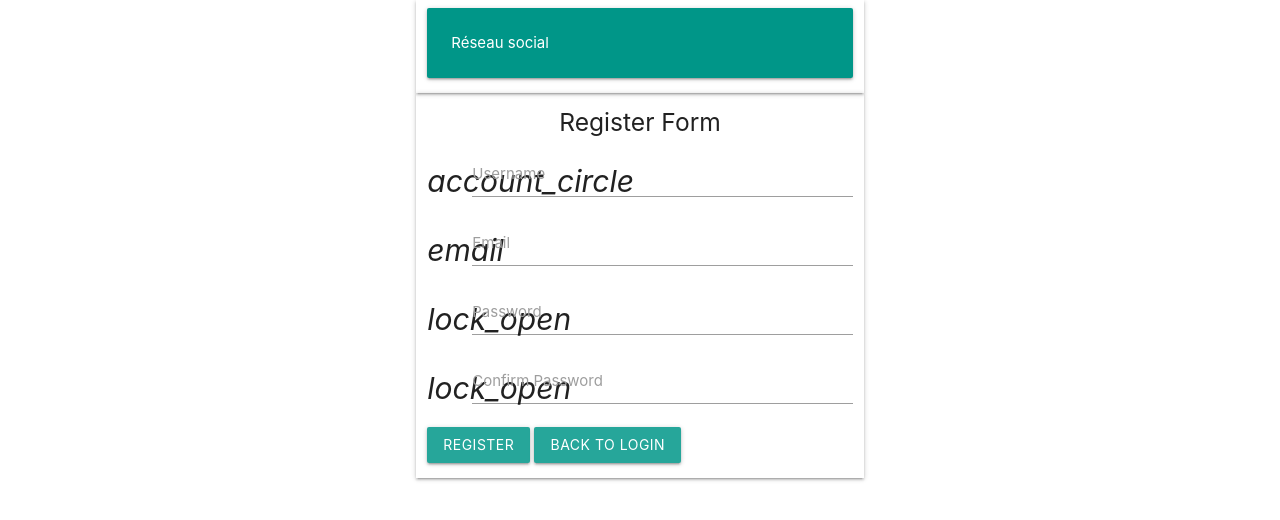
Repository: thdal/Atelier_JEE_16_02
Page: http://localhost/Atelier_JEE_16_02/WEB-INF/pages/connexion/FormRegister.jsp
These files come from the project's save history. The page is drawn as it stood at one moment and after the next save; the edit follows.
The browser window is 1280 px wide. The pictures show the whole page.
The page is served by Tomcat 9. Nobody is signed in. Other server files are loaded and not shown. The template is opened directly, without the code that normally fills it, so the values that code supplies are empty.

Above is the page before, as saved 2021-02-22 07:16:57.

### Atelier_JEE_16_02/src/main/webapp/WEB-INF/pages/connexion/FormRegister.jsp
<%@ page language="java" contentType="text/html; charset=ISO-8859-1"
    pageEncoding="ISO-8859-1"%>
<!DOCTYPE>
<html>
<head>
<link rel="stylesheet" href="https://cdnjs.cloudflare.com/ajax/libs/materialize/1.0.0/css/materialize.min.css">
	  <link href="https://fonts.googleapis.com/icon?family=Material+Icons" rel="stylesheet">
<meta http-equiv="Content-Type" content="text/html; charset=ISO-8859-1">
<title>Formulaire d'enregistrement</title>
</head>
<body>
<div class="container">

      <div class="row">
       <div class="col s6 offset-s3 z-depth-1">
	        <div class="card-panel teal">
	          <span class="white-text">Réseau social</span>
	        </div>
	      </div>

          <div class="col s6 offset-s3 z-depth-1" id="panell">
            <h5 style="text-align: center;" id="title">Register Form</h5>
            <form>

        <div class="input-field" id="username">
        	 <i class="material-icons prefix">account_circle</i>
	         <input  type="text" class="validate">
	         <label for="username">Username</label>
        </div>
        <div class="input-field" id="username">
             <i class="material-icons prefix">email</i>
	         <input  type="text" class="validate">
	         <label for="username">Email</label>
        </div>
        <div class="input-field" id="password">
            <i class="material-icons prefix">lock_open</i>
            <input  type="password" class="validate">
            <label for="password">Password</label>
        </div>
        <div class="input-field" id="password">
            <i class="material-icons prefix">lock_open</i>
            <input  type="password" class="validate">
            <label for="password">Confirm Password</label>
        </div>
        <a class="waves-effect waves-light btn" id="loginbtn">Register</a>
        <a href="connexion" class="waves-effect waves-light btn" id="loginbtn">Back to login</a>

        </form>

        </div>
      </div>

    </div>

</body>
    <script src="https://cdnjs.cloudflare.com/ajax/libs/materialize/1.0.0/js/materialize.min.js"></script>
</html>

After the next save:
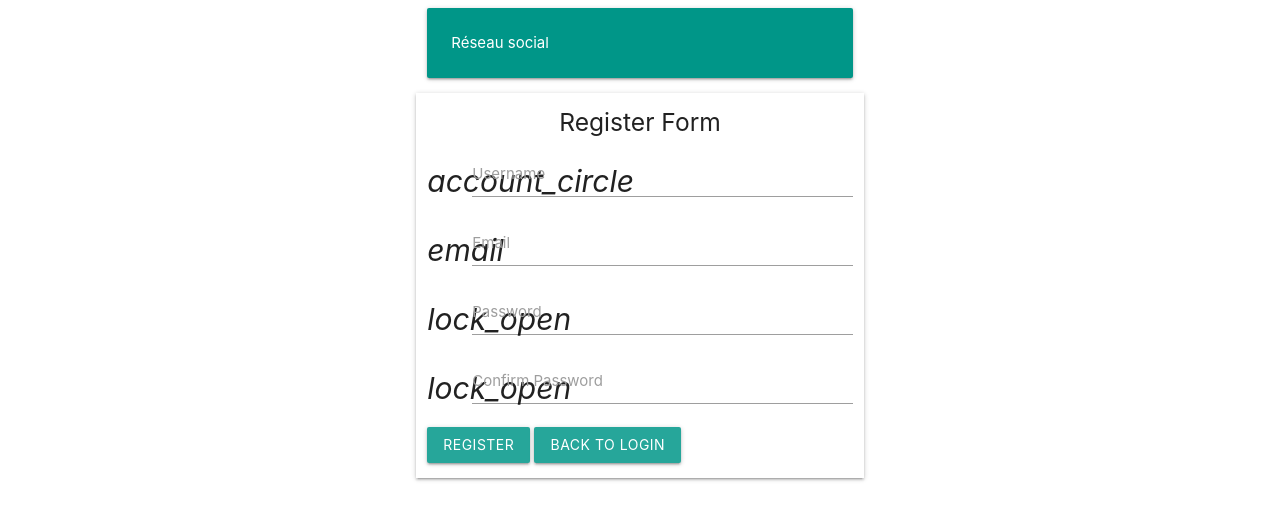
Saved 37 s later.
--- a/Atelier_JEE_16_02/src/main/webapp/WEB-INF/pages/connexion/FormRegister.jsp
+++ b/Atelier_JEE_16_02/src/main/webapp/WEB-INF/pages/connexion/FormRegister.jsp
@@ -12,7 +12,7 @@
 <div class="container">
 
       <div class="row">
-       <div class="col s6 offset-s3 z-depth-1">
+       <div class="col s6 offset-s3 ">
 	        <div class="card-panel teal">
 	          <span class="white-text">Réseau social</span>
 	        </div>
